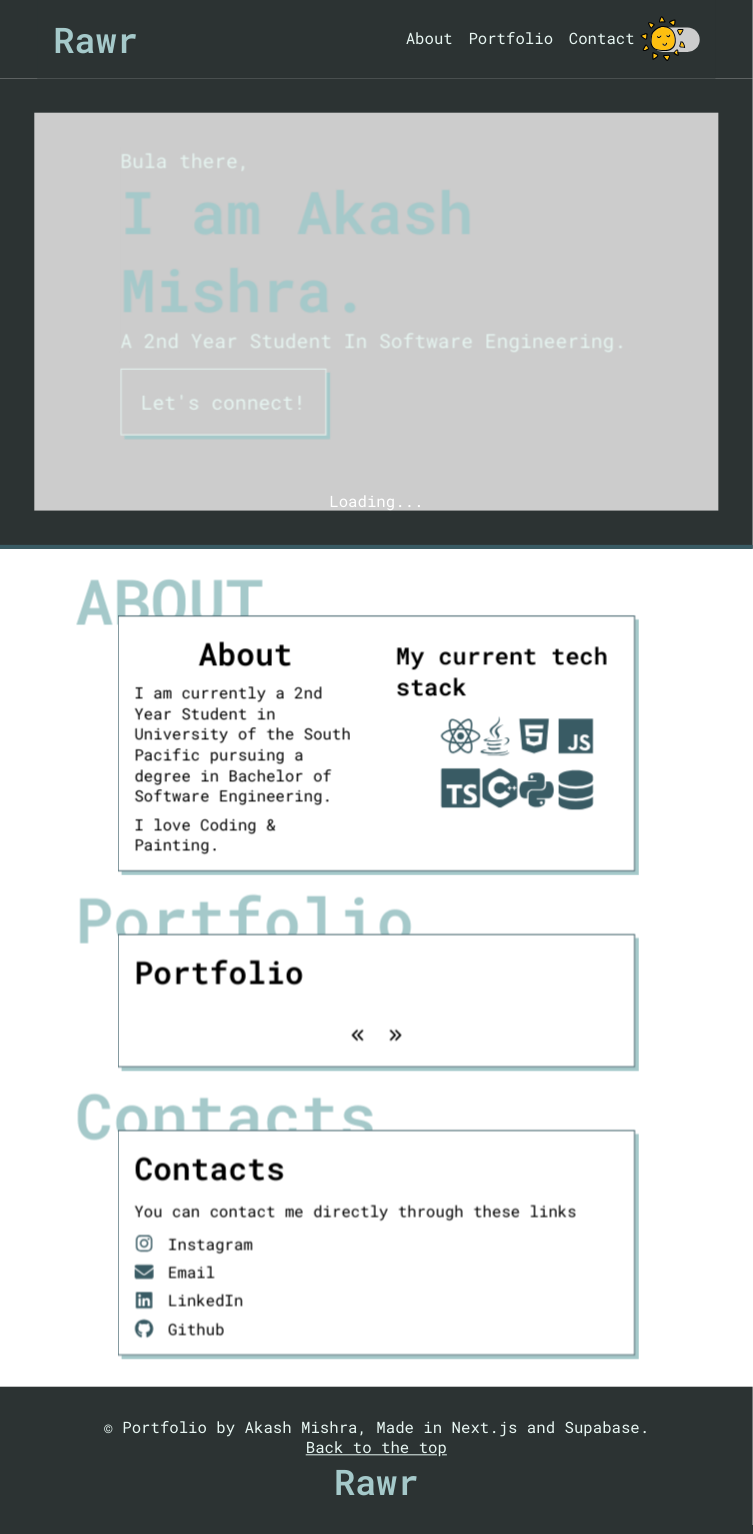
Repository: akashrawr/personal-portfolio
Page: /
The author's editor kept a copy of each file at every save. The page is drawn from the files as they stood at one save, then again after the next save.
The browser window is 768 px wide. The pictures show the whole page, at 98% of full size.
The page's requests for data from a server got no answer. The project was rebuilt for these pictures with package versions that can differ from the ones it lists, and the page was loaded fresh each time. The framework's server and built-in components were replaced by stand-ins that run in the browser. No one was signed in, and anything a server would have sent is missing. Also part of the build but not shown: next.config.ts.

Above is the page before, as saved 2025-01-03 20:46:30.

After the next save:
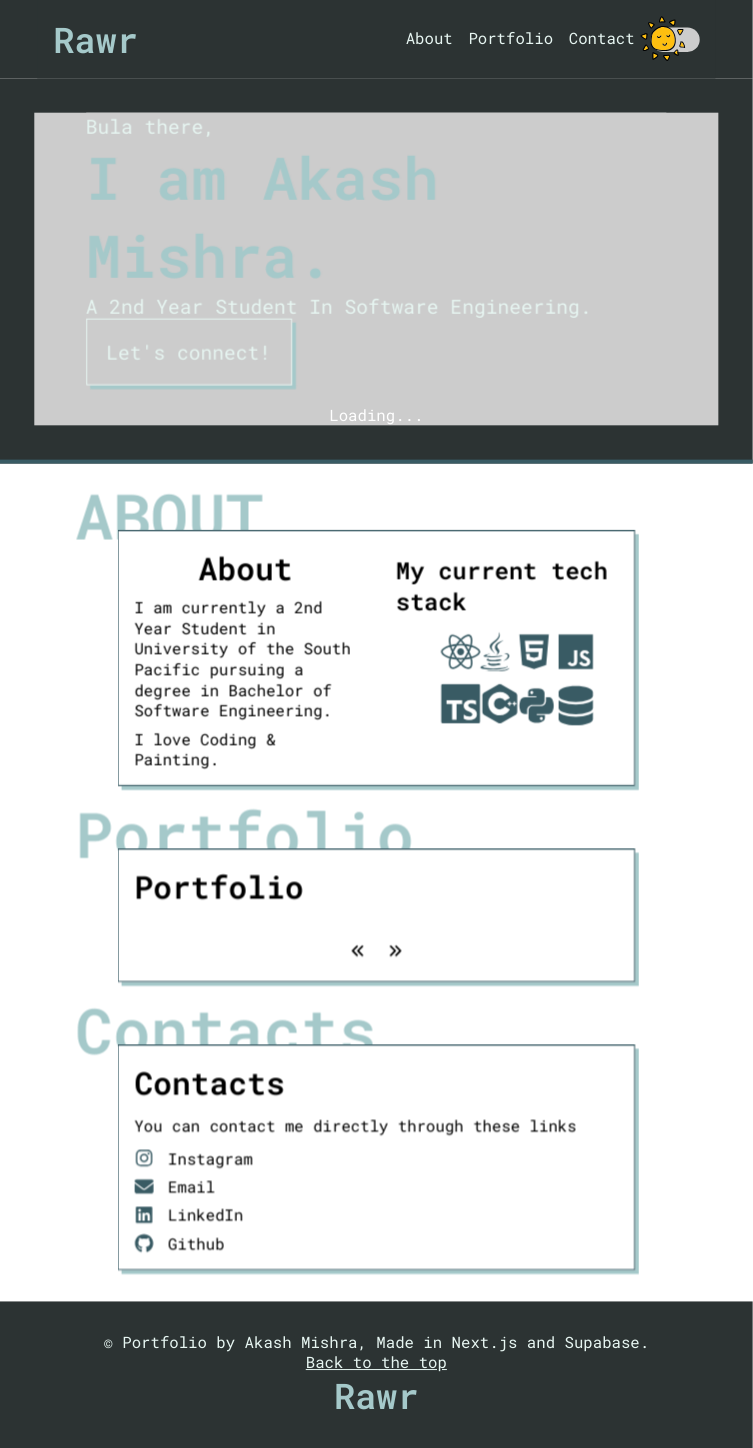
Saved 57 s later.
--- a/app/globals.css
+++ b/app/globals.css
@@ -315,7 +315,7 @@
     max-width: 85%;
     height: auto;
   }
-  .hero-text-container {
+  .hero-container {
     text-align: left;
     background-color:#ccc;
     padding: 0;

After the save that followed:
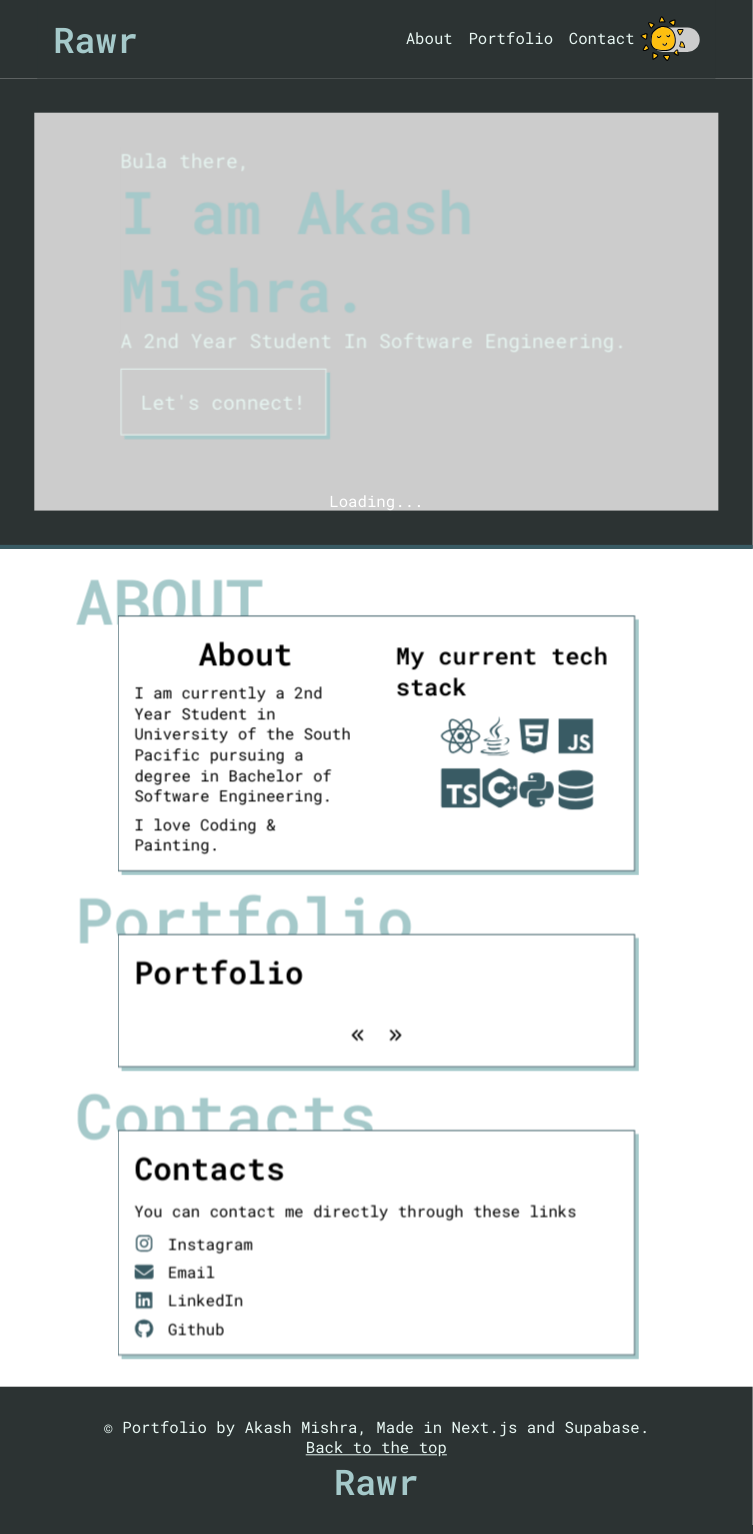
Saved 11 s later.
--- a/app/globals.css
+++ b/app/globals.css
@@ -315,7 +315,7 @@
     max-width: 85%;
     height: auto;
   }
-  .hero-container {
+  .hero-text-container {
     text-align: left;
     background-color:#ccc;
     padding: 0;
